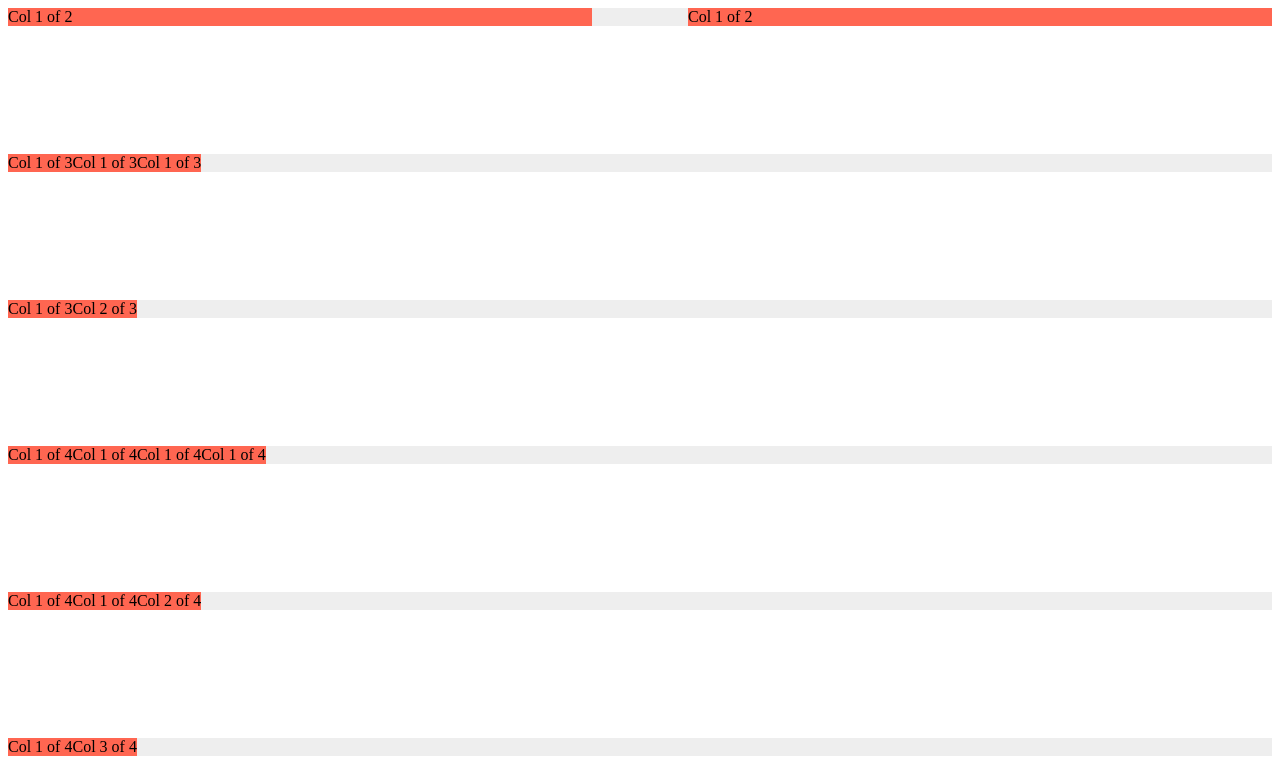
Repository: haokiet2501/grid-basic
Page: index.html
An editor plug-in stored every save of this project. The page is shown before and after a run of saves, followed by the edit.
The browser window is 1280 px wide. The pictures show the whole page.

Above is the page before, as saved 2022-08-11 18:52:03.

### index.html
<!DOCTYPE html>
<html lang="en">
<head>
    <meta charset="UTF-8">
    <meta http-equiv="X-UA-Compatible" content="IE=edge">
    <meta name="viewport" content="width=device-width, initial-scale=1.0">
    <link rel="stylesheet" href="styles.css">
    <title>GRID BASIC</title>
</head>
<body>
    <section class="grid-test">
        <div class="row">
            <div class="col-1-of-2">
                Col 1 of 2
            </div>
            <div class="col-1-of-2">
                Col 1 of 2
            </div>
        </div>

        <div class="row">
            <div class="col-1-of-3">
                Col 1 of 3
            </div>
            <div class="col-1-of-3">
                Col 1 of 3
            </div>
            <div class="col-1-of-3">
                Col 1 of 3
            </div>
        </div>

        <div class="row">
            <div class="col-1-of-3">
                Col 1 of 3
            </div>
            <div class="col-2-of-3">
                Col 2 of 3
            </div>
        </div>

        <div class="row">
            <div class="col-1-of-4">
                Col 1 of 4
            </div>
            <div class="col-1-of-4">
                Col 1 of 4
            </div>
            <div class="col-1-of-4">
                Col 1 of 4
            </div>
            <div class="col-1-of-4">
                Col 1 of 4
            </div>
        </div>

        <div class="row">
            <div class="col-1-of-4">
                Col 1 of 4
            </div>
            <div class="col-1-of-4">
                Col 1 of 4
            </div>
            <div class="col-2-of-4">
                Col 2 of 4
            </div>
        </div>

        <div class="row">
            <div class="col-1-of-4">
                Col 1 of 4
            </div>
            <div class="col-3-of-4">
                Col 3 of 4
            </div>
        </div>

    </section>
</body>
</html>

### styles.css
:root {
    --grid-width: 114rem;
    --gutter-vertical: 8rem;
    --gutter-horizonal: 6rem
}

.row {
    max-width: var(--grid-width);
    background: #eee;
    margin: 0 auto;
}

.row::after {
    content: "";
    display: table;
    clear: both;
}

.row:not(:last-child) {
    margin-bottom: var(--gutter-vertical);
}

[class^='col-'] {
    background-color: #FF6651;
    float: left;
}

.col-1-of-2 {
    width: calc((100% - var(--gutter-horizonal)) / 2);
    background-color: #FF6651;
    float: left;
}

.col-1-of-3 {
    width: calc((100% -2 * var(--gutter-horizonal)) / 3);
    background-color: #FF6651;
    float: left;
}

.col-1-of-2:not(:last-child) {
    margin-right: var(--gutter-horizonal);
}

After the next 2 saves:
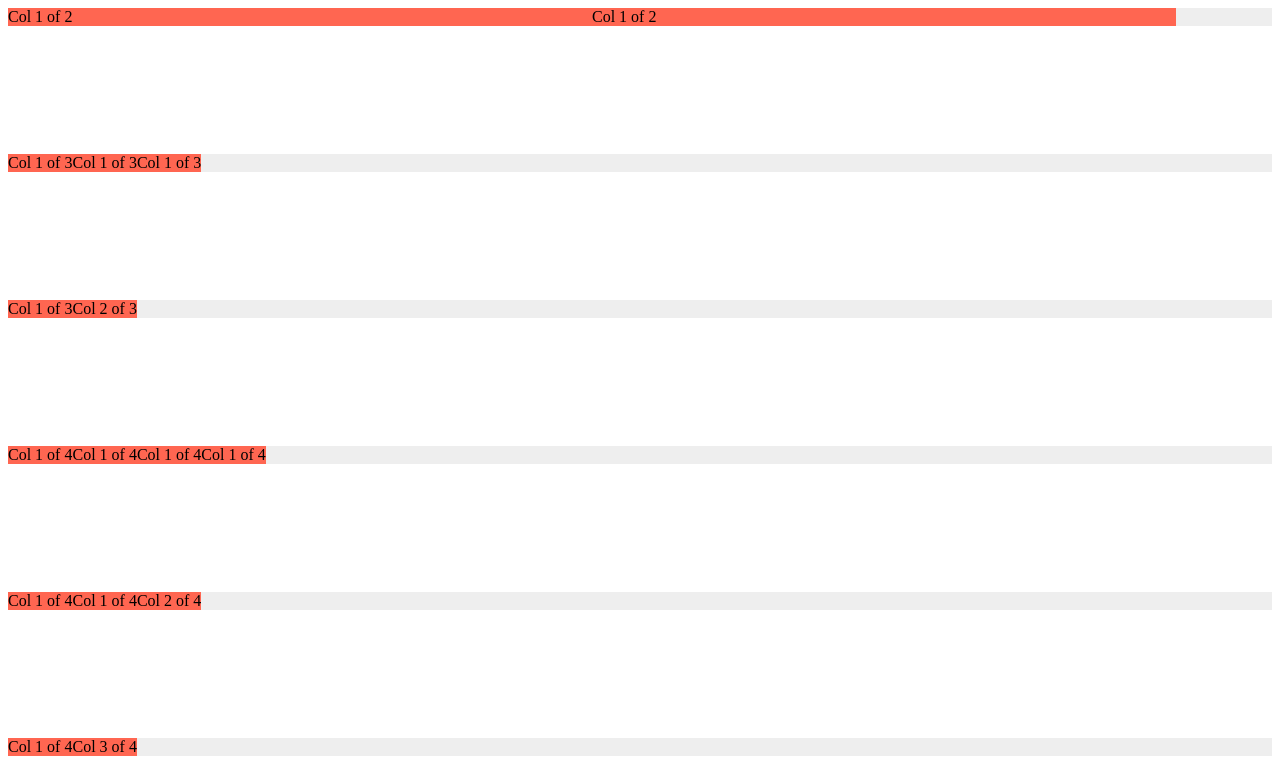
The 2 saves are shown as one change because they came seconds apart.
The last was saved 61 s later.
--- a/styles.css
+++ b/styles.css
@@ -36,7 +36,3 @@
     background-color: #FF6651;
     float: left;
 }
-
-.col-1-of-2:not(:last-child) {
-    margin-right: var(--gutter-horizonal);
-}
